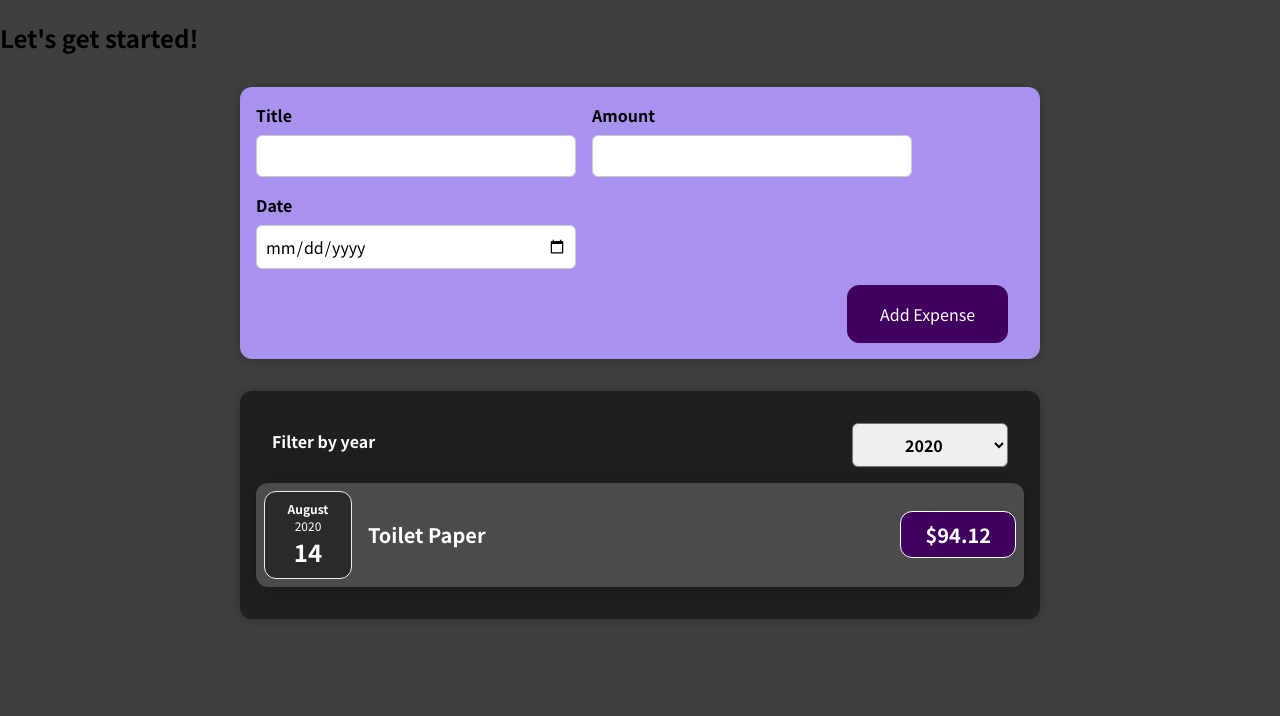
Repository: Dark-Developer93/react-complete-guide
Page: /
These files come from the project's save history. The page is drawn as it stood at one moment and after the next save; the edit follows.
The browser window is 1280 px wide. The pictures show the whole page.
The project was rebuilt for these pictures with package versions that can differ from the ones it lists, and the page was loaded fresh each time.

Above is the page before, as saved 2022-11-05 09:46:04.

### src/App.js
import React, { useState } from "react";
import Expenses from "./components/Expenses/Expenses";
import NewExpense from "./components/NewExpense/NewExpense";

const IntialExpenses = [
  {
    id: "e1",
    title: "Toilet Paper",
    amount: 94.12,
    date: new Date(2020, 7, 14),
  },
  {
    id: "e2",
    title: "New TV",
    amount: 799.49,
    date: new Date(2021, 2, 12),
  },
  {
    id: "e3",
    title: "Car Insurance",
    amount: 294.67,
    date: new Date(2021, 2, 28),
  },
  {
    id: "e4",
    title: "New Desk (Wooden)",
    amount: 450,
    date: new Date(2021, 5, 12),
  },
];

const App = () => {
  const [expenses, SetExpenses] = useState(IntialExpenses);

  const addExpenseHandler = (expense) => {
    SetExpenses((prevExpenses) => {
      return [expense, ...prevExpenses];
    });
  };

  return (
    <div>
      <h2>Let's get started!</h2>
      <NewExpense onAddExpnese={addExpenseHandler} />
      <Expenses items={expenses} />
    </div>
  );
};

export default App;

### src/components/Expenses/Expenses.js
import React, { useState } from "react";

import "./Expenses.css";
import Card from "../UI/Card";
import ExpensesFilter from "./ExpensesFilter";
import ExpensesList from "./ExpensesList";

const Expenses = (props) => {
  const [filteredYear, setFilteredYear] = useState("2020");
  const filterChangeHandler = (selectedYear) => {
    setFilteredYear(selectedYear);
    console.log(selectedYear);
  };
  const filteredExpense = props.items.filter((expense) => {
    return expense.date.getFullYear().toString() === filteredYear;
  });

  return (
    <Card className="expenses">
      <ExpensesFilter
        onChangeFilter={filterChangeHandler}
        selected={filteredYear}
      />
      <ExpensesList items={filteredExpense} />
    </Card>
  );
};

export default Expenses;

### src/components/NewExpense/NewExpense.js
import React from "react";
import "./NewExpense.css";
import ExpenseForm from "./ExpenseForm";

const NewExpense = (props) => {
  const saveExpenseDataHandler = (enteredExpenseData) => {
    const expenseData = {
      ...enteredExpenseData,
      id: Math.random().toString(),
    };
    props.onAddExpnese(expenseData);
  };
  return (
    <div className="new-expense">
      <ExpenseForm onSaveExpenseDate={saveExpenseDataHandler} />
    </div>
  );
};

export default NewExpense;

### src/components/Expenses/ExpensesFilter.js
import React from "react";

import "./ExpensesFilter.css";

const ExpensesFilter = (props) => {
  const dropDownChangeHandler = (e) => {
    props.onChangeFilter(e.target.value);
  };
  return (
    <div className="expenses-filter">
      <div className="expenses-filter__control">
        <label>Filter by year</label>
        <select onChange={dropDownChangeHandler} value={props.selected}>
          <option value="2022">2022</option>
          <option value="2021">2021</option>
          <option value="2020">2020</option>
          <option value="2019">2019</option>
        </select>
      </div>
    </div>
  );
};

export default ExpensesFilter;

### src/components/Expenses/ExpensesList.js
import React from "react";

import ExpenseItem from "./ExpenseItem";
import "./ExpensesList.css";

const ExpensesList = (props) => {
  if (props.items.length === 0) {
    return <h2 className="expenses-list__fallback">Found no expenses.</h2>;
  }
  return (
    <ul className="expenses-list">
      {props.items.map((expense) => (
        <ExpenseItem
          key={expense.id}
          title={expense.title}
          amount={expense.amount}
          date={expense.date}
        />
      ))}
    </ul>
  );
};

export default ExpensesList;

### src/components/NewExpense/NewExpense.css
.new-expense {
  background-color: #a892ee;
  padding: 1rem;
  margin: 2rem auto;
  width: 50rem;
  max-width: 95%;
  border-radius: 12px;
  text-align: center;
  box-shadow: 0 1px 8px rgba(0, 0, 0, 0.25);
}

.new-expense button {
  font: inherit;
  cursor: pointer;
  padding: 1rem 2rem;
  border: 1px solid #40005d;
  background-color: #40005d;
  color: white;
  border-radius: 12px;
  margin-right: 1rem;
}

.new-expense button:hover,
.new-expense button:active {
  background-color: #510674;
  border-color: #510674;
}

.new-expense button.alternative {
  color: #220131;
  border-color: transparent;
  background-color: transparent;
}

.new-expense button.alternative:hover,
.new-expense button.alternative:active {
  background-color: #ddb3f8;
}

### src/components/NewExpense/ExpenseForm.js
import React, { useState } from "react";
import "./ExpenseForm.css";

const ExpenseForm = (props) => {
  const [enteredTitle, setEnteredTitle] = useState("");
  const [enteredAmount, setEnteredAmount] = useState("");
  const [enteredDate, setEnteredDate] = useState("");
  // const [userInput, setUserInput] = useState({
  //   enteredTitle: "",
  //   enteredAmount: "",
  //   enteredDate: "",
  // });
  const titleChangeHandler = (e) => {
    setEnteredTitle(e.target.value);
    // setUserInput((prevState) => {
    //   return { ...prevState, enteredTitle: e.target.value };
    // });
  };
  const amountChangeHandler = (e) => {
    setEnteredAmount(e.target.value);
    // setUserInput((prevState) => {
    //   return { ...prevState, enteredAmount: e.target.value };
    // });
  };
  const dateChangeHandler = (e) => {
    setEnteredDate(e.target.value);
    // setUserInput((prevState) => {
    //   return { ...prevState, enteredDate: e.target.value };
    // });
  };
  const submitHandler = (e) => {
    e.preventDefault();
    const enteredData = {
      title: enteredTitle,
      amount: enteredAmount,
      date: new Date(enteredDate),
    };
    props.onSaveExpenseDate(enteredData);
    setEnteredTitle("");
    setEnteredAmount("");
    setEnteredDate("");
  };
  return (
    <form onSubmit={submitHandler}>
      <div className="new-expense__controls">
        <div className="new-expense__control">
          <label>Title</label>
          <input
            type="text"
            onChange={titleChangeHandler}
            value={enteredTitle}
          />
        </div>
        <div className="new-expense__control">
          <label>Amount</label>
          <input
            type="number"
            min="0.01"
            step="0.01"
            onChange={amountChangeHandler}
            value={enteredAmount}
          />
        </div>
        <div className="new-expense__control">
          <label>Date</label>
          <input
            type="date"
            min="2019-01-01"
            max="2022-12-31"
            onChange={dateChangeHandler}
            value={enteredDate}
          />
        </div>
      </div>
      <div className="new-expense__actions">
        <button type="submit">Add Expense</button>
      </div>
    </form>
  );
};

export default ExpenseForm;

### src/components/Expenses/ExpenseItem.js
import "./ExpenseItem.css";
import ExpenseDate from "./ExpenseDate";
import Card from "../UI/Card";

const ExpenseItem = (props) => {
  const { title, amount, date } = props;
  return (
    <li>
      <Card className="expense-item">
        <ExpenseDate date={date} />
        <div className="expense-item__description">
          <h2>{title}</h2>
          <div className="expense-item__price">${amount}</div>
        </div>
      </Card>
    </li>
  );
};

export default ExpenseItem;

### src/components/Expenses/ExpenseItem.css
.expense-item {
  display: flex;
  justify-content: space-between;
  align-items: center;
  padding: 0.5rem;
  margin: 1rem 0;
  background-color: #4b4b4b;
}

.expense-item__description {
  display: flex;
  flex-direction: column;
  gap: 1rem;
  align-items: flex-end;
  flex-flow: column-reverse;
  justify-content: flex-start;
  flex: 1;
}

.expense-item h2 {
  color: #3a3a3a;
  font-size: 1rem;
  flex: 1;
  margin: 0 1rem;
  color: white;
}

.expense-item__price {
  font-size: 1rem;
  font-weight: bold;
  color: white;
  background-color: #40005d;
  border: 1px solid white;
  padding: 0.5rem;
  border-radius: 12px;
}

@media (min-width: 580px) {
  .expense-item__description {
    flex-direction: row;
    align-items: center;
    justify-content: flex-start;
    flex: 1;
  }

  .expense-item__description h2 {
    font-size: 1.25rem;
  }

  .expense-item__price {
    font-size: 1.25rem;
    padding: 0.5rem 1.5rem;
  }
}

### src/components/Expenses/ExpenseDate.js
import "./ExpenseDate.css";
const ExpenseDate = (props) => {
  const month = props.date.toLocaleDateString("en-US", { month: "long" });
  const year = props.date.getFullYear();
  const day = props.date.toLocaleDateString("en-US", { day: "numeric" });
  return (
    <div className="expense-date">
      <div className="expense-date__month">{month}</div>
      <div className="expense-date__year">{year}</div>
      <div className="expense-date__day">{day}</div>
    </div>
  );
};

export default ExpenseDate;

Loaded but not shown: public/index.html (common file); src/index.js (common file); src/index.css (common file); src/components/Expenses/Expenses.css (common file); src/components/UI/Card.js (common file); src/components/UI/Card.css (common file); src/components/Expenses/ExpensesFilter.css (common file); src/components/Expenses/ExpensesList.css (common file); src/components/NewExpense/ExpenseForm.css (common file); src/components/Expenses/ExpenseDate.css (common file)

After the next save:
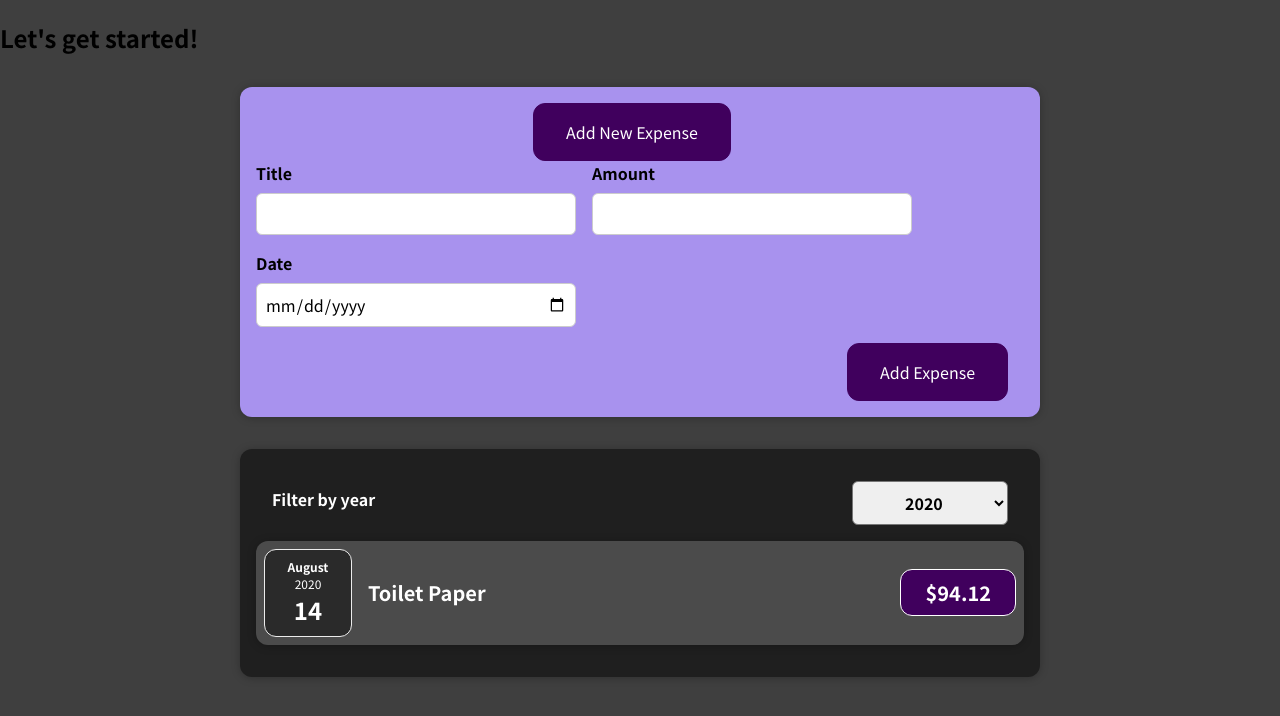
Saved 69 s later.
--- a/src/components/NewExpense/NewExpense.js
+++ b/src/components/NewExpense/NewExpense.js
@@ -12,6 +12,7 @@ const NewExpense = (props) => {
   };
   return (
     <div className="new-expense">
+      <button type="button">Add New Expense</button>
       <ExpenseForm onSaveExpenseDate={saveExpenseDataHandler} />
     </div>
   );
